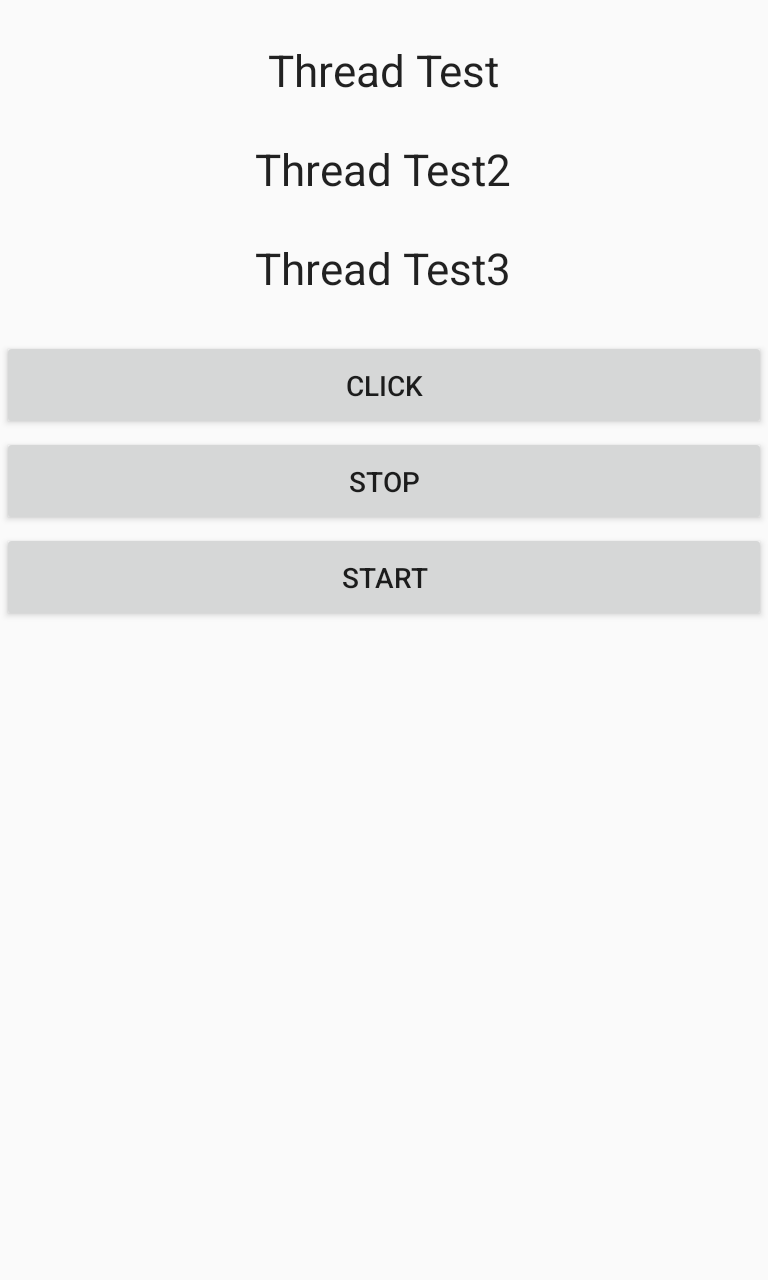
Repository: dev-sean/kosta
Layout: android/and1014/res/layout/ex1_thread.xml
These files come from the project's save history. The layout is drawn as it stood at one moment and after the next save; the edit follows.
It is drawn on a 768 x 1280 px phone screen (xhdpi) without system bars, with theme AppTheme; the app's code is not run.

Above is the layout before, as saved 2014-10-14 01:25:21.

After the next save:
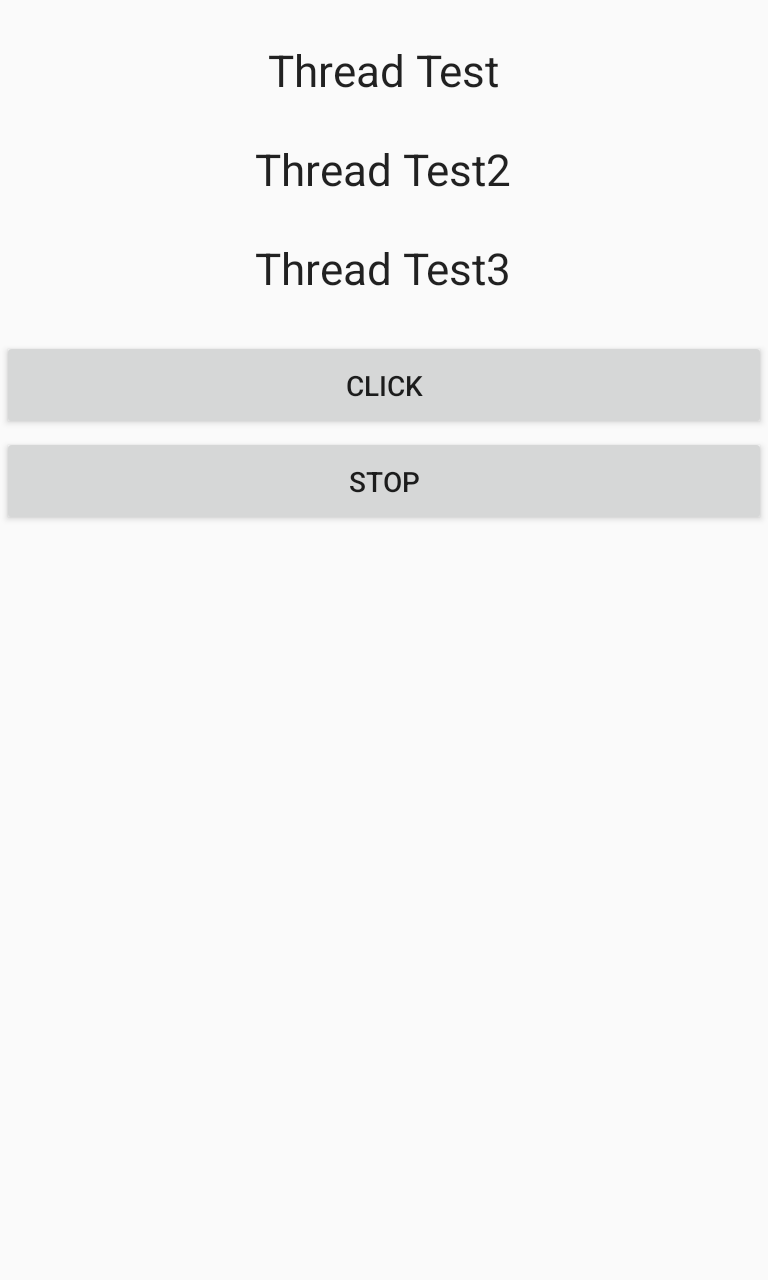
Saved 15 s later.
--- a/android/and1014/res/layout/ex1_thread.xml
+++ b/android/and1014/res/layout/ex1_thread.xml
@@ -49,7 +49,7 @@
         android:id="@+id/ex1_btn3"
         android:layout_width="match_parent"
         android:layout_height="wrap_content"
-        android:visibility="false"
+        android:visibility="invisible"
         android:text="Start" />
 
 </LinearLayout>

After the save that followed:
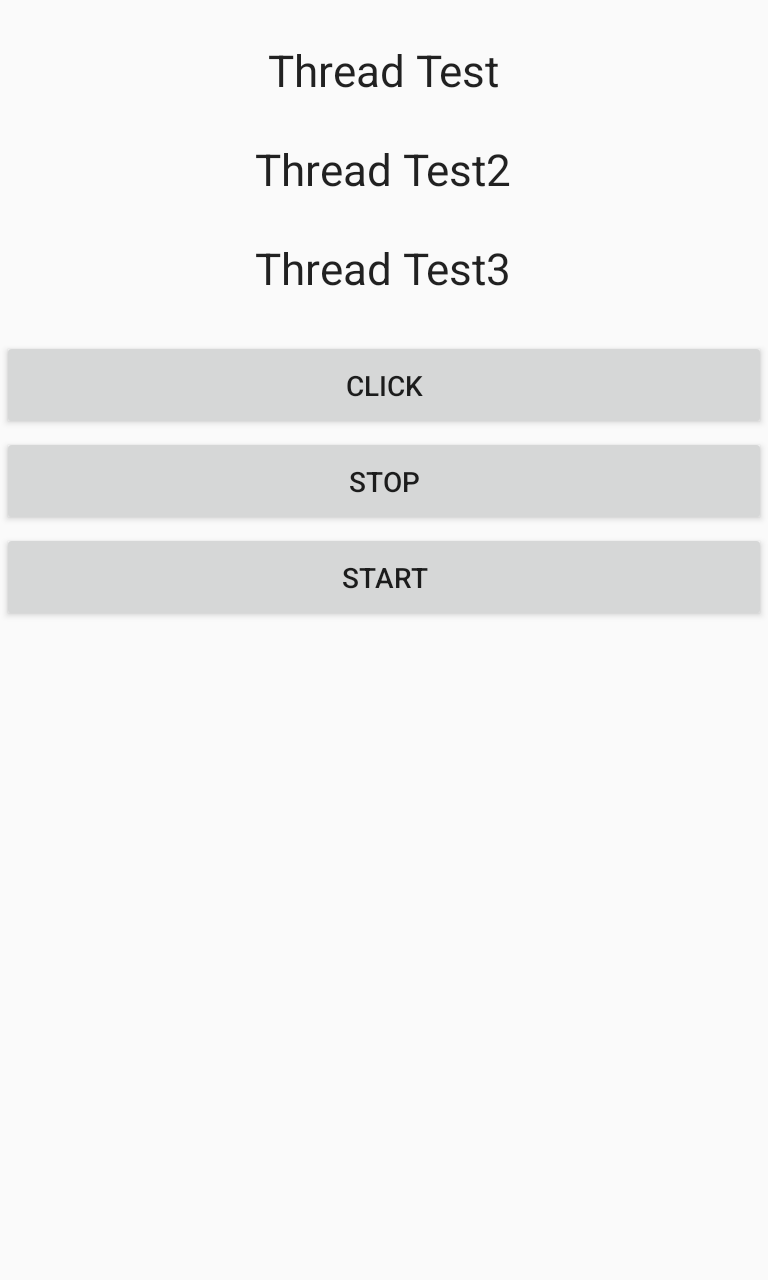
Saved 37 s later.
--- a/android/and1014/res/layout/ex1_thread.xml
+++ b/android/and1014/res/layout/ex1_thread.xml
@@ -49,7 +49,7 @@
         android:id="@+id/ex1_btn3"
         android:layout_width="match_parent"
         android:layout_height="wrap_content"
-        android:visibility="invisible"
+        android:visibility="visible"
         android:text="Start" />
 
 </LinearLayout>
